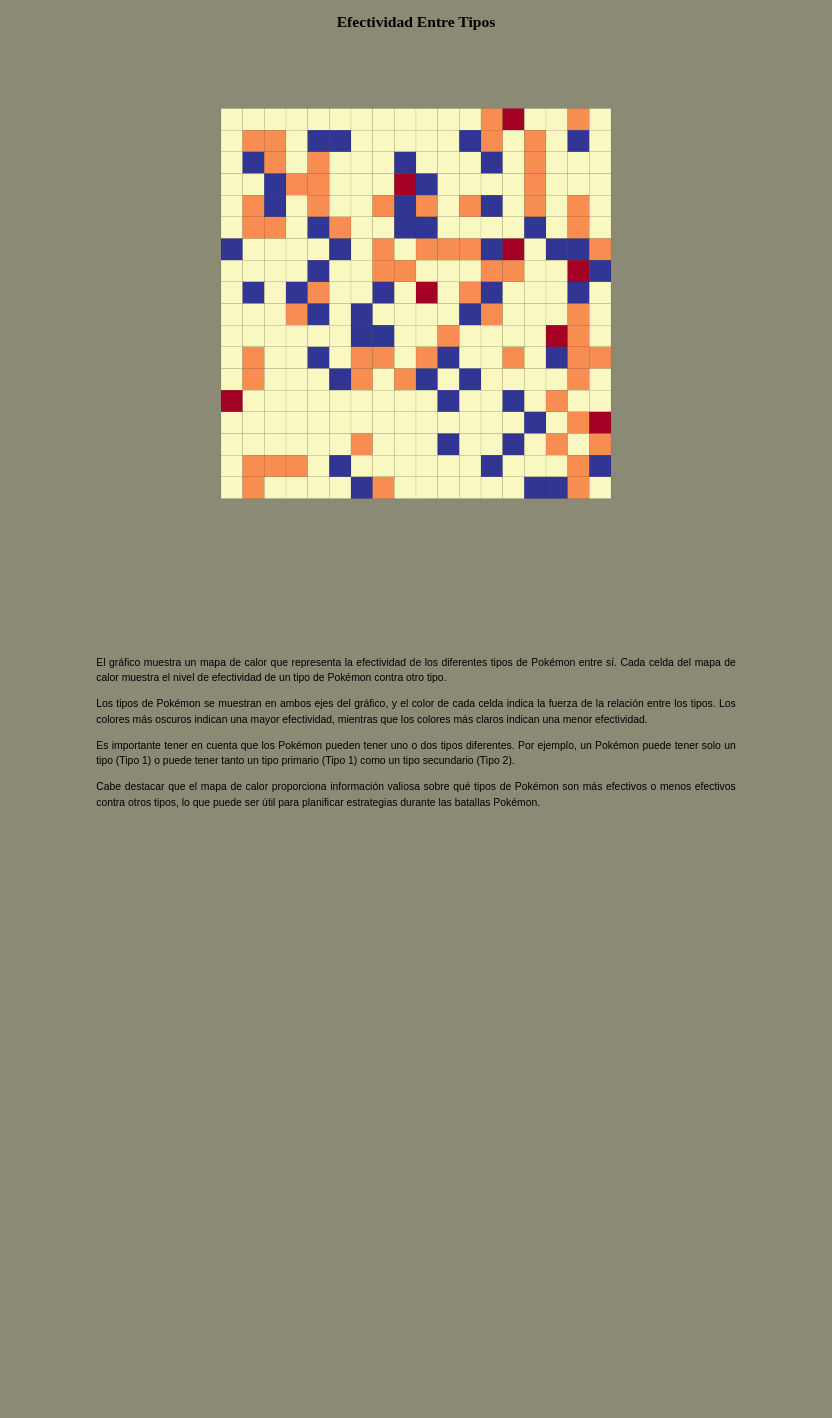
Repository: Cartterr/Proyecto-VisInfo
Page: Propuesta3_Mapa_Calor.html
An editor plug-in stored every save of this project. The page is shown before and after the next save, followed by the edit.
The browser window is 1280 px wide. The pictures show the whole page, at 65% of full size.

Above is the page before, as saved 2023-06-28 05:13:36.
Console error: ReferenceError: formattedData is not defined

After the next save:
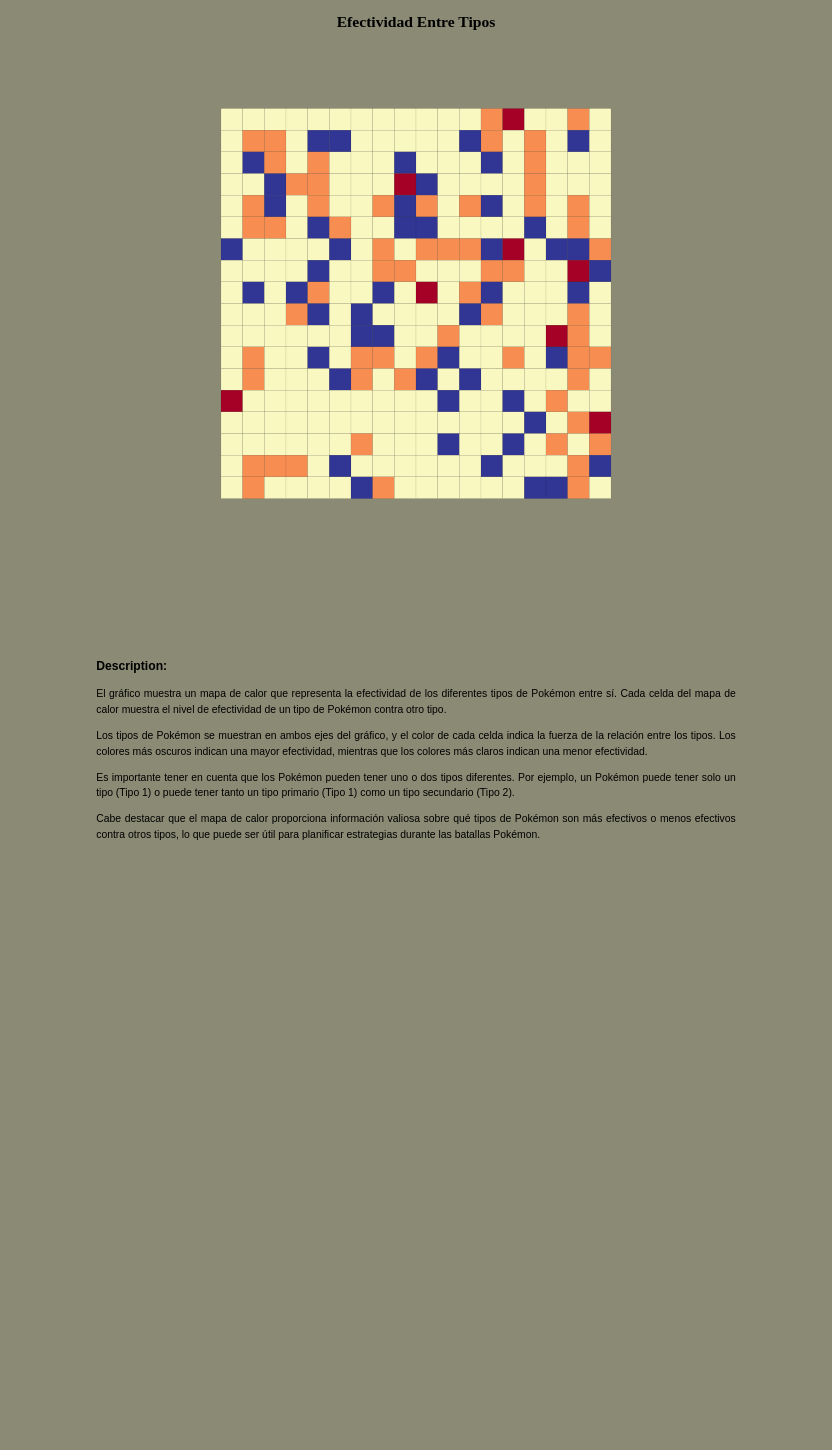
Saved 24 s later.
--- a/Propuesta3_Mapa_Calor.html
+++ b/Propuesta3_Mapa_Calor.html
@@ -19,6 +19,8 @@
         <script src="Propuesta3_Mapa_Calor.js"></script>
 
         <div id="description">
+            <h3>Description:</h3>
+
             <p>El gráfico muestra un mapa de calor que representa la efectividad de los diferentes tipos de Pokémon entre sí. Cada celda del mapa de calor muestra el nivel de efectividad de un tipo de Pokémon contra otro tipo.</p>
 
             <p>Los tipos de Pokémon se muestran en ambos ejes del gráfico, y el color de cada celda indica la fuerza de la relación entre los tipos. Los colores más oscuros indican una mayor efectividad, mientras que los colores más claros indican una menor efectividad.</p>
@@ -26,6 +28,7 @@
             <p>Es importante tener en cuenta que los Pokémon pueden tener uno o dos tipos diferentes. Por ejemplo, un Pokémon puede tener solo un tipo (Tipo 1) o puede tener tanto un tipo primario (Tipo 1) como un tipo secundario (Tipo 2).</p>
 
             <p>Cabe destacar que el mapa de calor proporciona información valiosa sobre qué tipos de Pokémon son más efectivos o menos efectivos contra otros tipos, lo que puede ser útil para planificar estrategias durante las batallas Pokémon.</p>
+
         </div>
     </body>
 </html>
